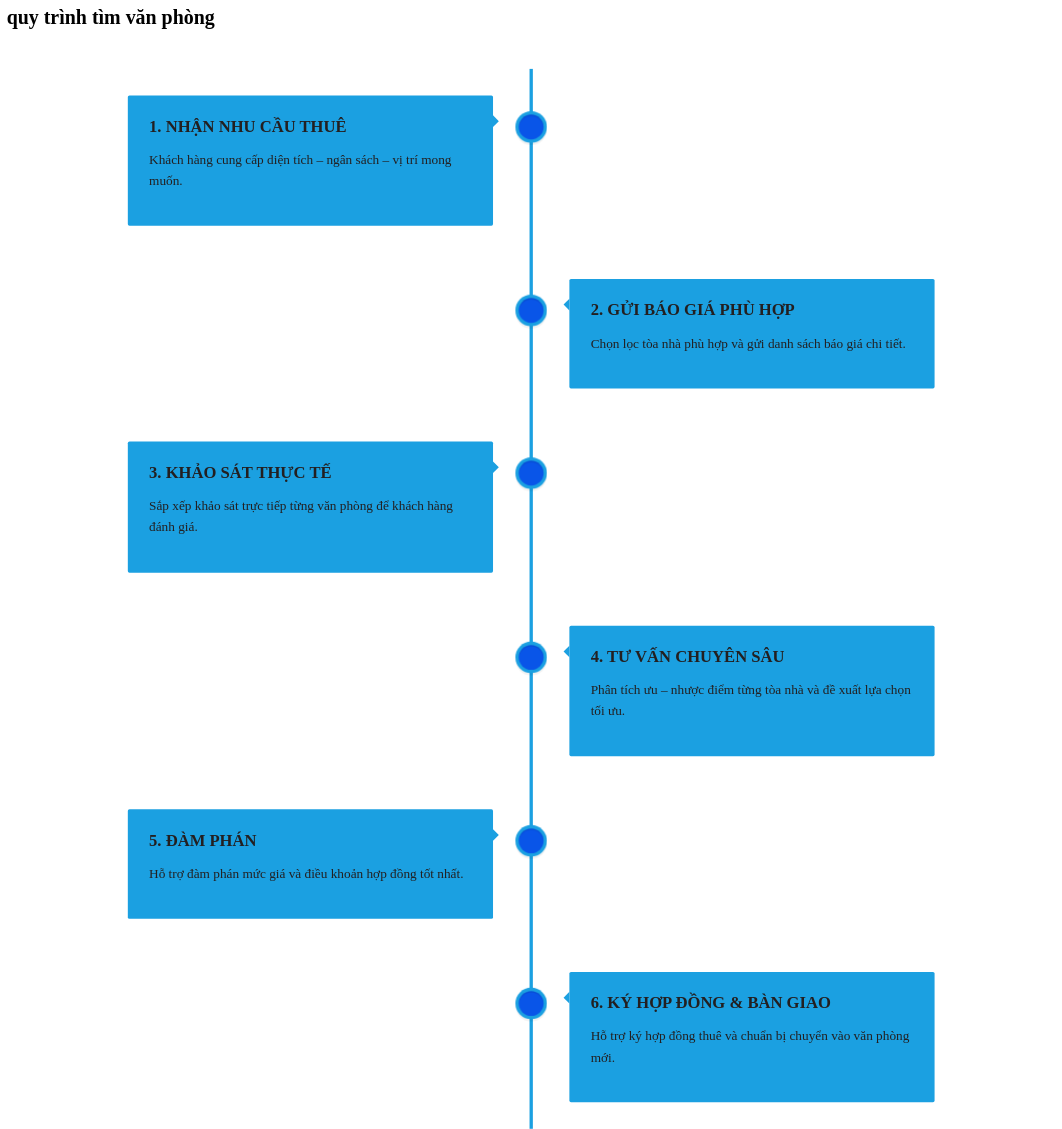
Repository: lannguyen1301/anphuholdings-main
Page: partials/home/quy-trinh-tim-van-phong-2.html
These files come from the project's save history. The page is drawn as it stood at one moment and after the next save; the edit follows.
The browser window is 1280 px wide. The pictures show the whole page, at 83% of full size.

Above is the page before, as saved 2026-01-03 09:00:45.

After the next save:
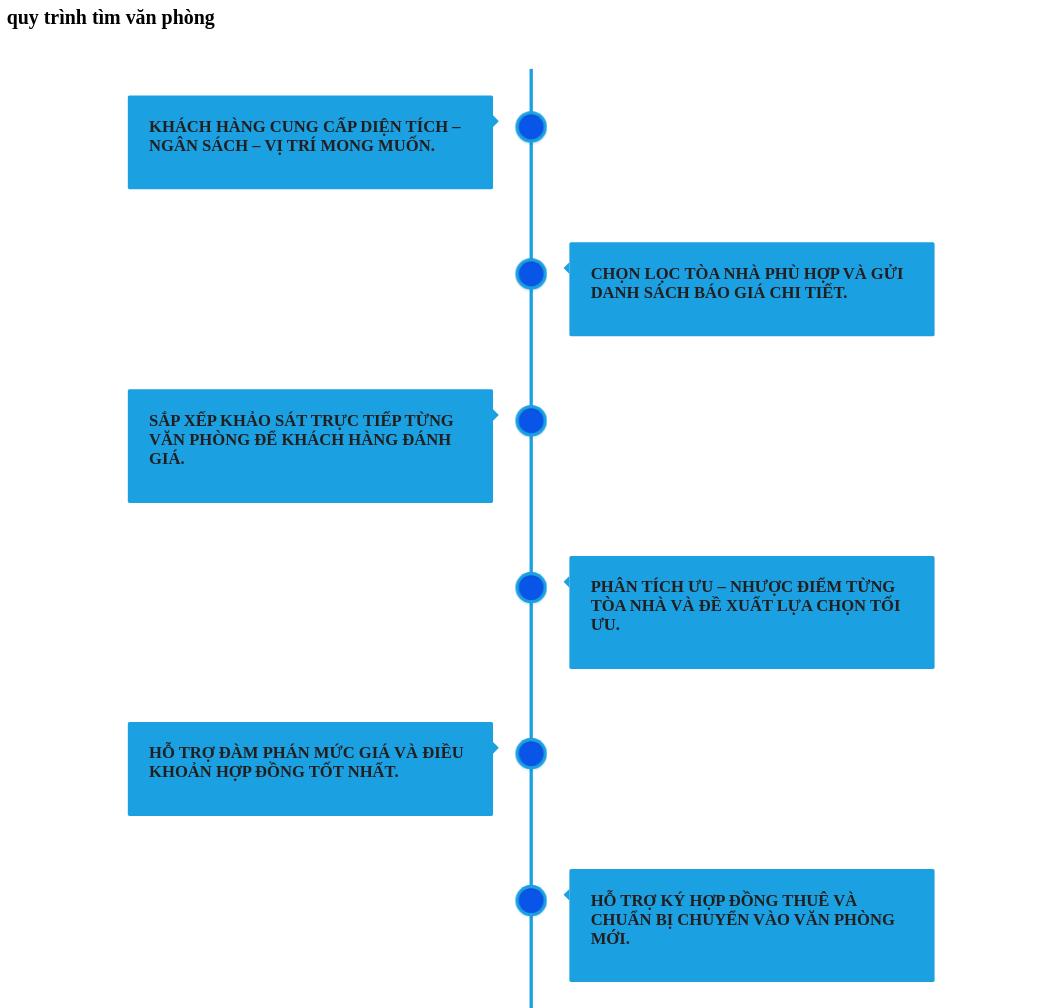
Saved 21 s later.
--- a/partials/home/quy-trinh-tim-van-phong-2.html
+++ b/partials/home/quy-trinh-tim-van-phong-2.html
@@ -298,9 +298,9 @@
         </div> <!-- cd-timeline-img -->
 
         <div class="cd-timeline-content">
-            <h3 class="!text-white uppercase">1. Nhận nhu cầu thuê</h3>
+            <h3 class=">1. Nhận nhu cầu thuê</h3>
             <p class="">Khách hàng cung cấp diện tích – ngân sách – vị trí mong muốn.</p>
-            <!-- <span class="cd-date">Jan 18</span> -->
+            <!-- <span class=" cd-date">Jan 18</span> -->
         </div> <!-- cd-timeline-content -->
     </div> <!-- cd-timeline-block -->
 
@@ -309,9 +309,9 @@
         </div> <!-- cd-timeline-img -->
 
         <div class="cd-timeline-content">
-            <h3 class="!text-white uppercase">2. Gửi báo giá phù hợp</h3>
+            <h3 class=">2. Gửi báo giá phù hợp</h3>
             <p class="">Chọn lọc tòa nhà phù hợp và gửi danh sách báo giá chi tiết.</p>
-            <!-- <span class="cd-date">Jan 24</span> -->
+            <!-- <span class=" cd-date">Jan 24</span> -->
         </div> <!-- cd-timeline-content -->
     </div> <!-- cd-timeline-block -->
 
@@ -320,9 +320,9 @@
         </div> <!-- cd-timeline-img -->
 
         <div class="cd-timeline-content">
-            <h3 class="!text-white uppercase">3. Khảo sát thực tế</h3>
+            <h3 class=">3. Khảo sát thực tế</h3>
             <p class="">Sắp xếp khảo sát trực tiếp từng văn phòng để khách hàng đánh giá.</p>
-            <!-- <span class="cd-date">Feb 14</span> -->
+            <!-- <span class=" cd-date">Feb 14</span> -->
         </div> <!-- cd-timeline-content -->
     </div> <!-- cd-timeline-block -->
 
@@ -331,9 +331,9 @@
         </div>
 
         <div class="cd-timeline-content">
-            <h3 class="!text-white uppercase">4. Tư vấn chuyên sâu</h3>
+            <h3 class=">4. Tư vấn chuyên sâu</h3>
             <p class="">Phân tích ưu – nhược điểm từng tòa nhà và đề xuất lựa chọn tối ưu.</p>
-            <!-- <span class="cd-date">Feb 18</span> -->
+            <!-- <span class=" cd-date">Feb 18</span> -->
         </div> <!-- cd-timeline-content -->
     </div> <!-- cd-timeline-block -->
 
@@ -342,9 +342,9 @@
         </div> <!-- cd-timeline-img -->
 
         <div class="cd-timeline-content">
-            <h3 class="!text-white uppercase">5. Đàm phán</h3>
+            <h3 class=">5. Đàm phán</h3>
             <p class="">Hỗ trợ đàm phán mức giá và điều khoản hợp đồng tốt nhất.</p>
-            <!-- <span class="cd-date">Feb 26</span> -->
+            <!-- <span class=" cd-date">Feb 26</span> -->
         </div> <!-- cd-timeline-content -->
     </div> <!-- cd-timeline-block -->
 
@@ -353,9 +353,9 @@
         </div> <!-- cd-timeline-img -->
 
         <div class="cd-timeline-content">
-            <h3 class="!text-white uppercase">6. Ký hợp đồng & bàn giao</h3>
+            <h3 class=">6. Ký hợp đồng & bàn giao</h3>
             <p class="">Hỗ trợ ký hợp đồng thuê và chuẩn bị chuyển vào văn phòng mới.</p>
-            <!-- <span class="cd-date">Feb 26</span> -->
+            <!-- <span class=" cd-date">Feb 26</span> -->
         </div> <!-- cd-timeline-content -->
     </div> <!-- cd-timeline-block -->
 </div> <!-- cd-timeline -->

After the save that followed:
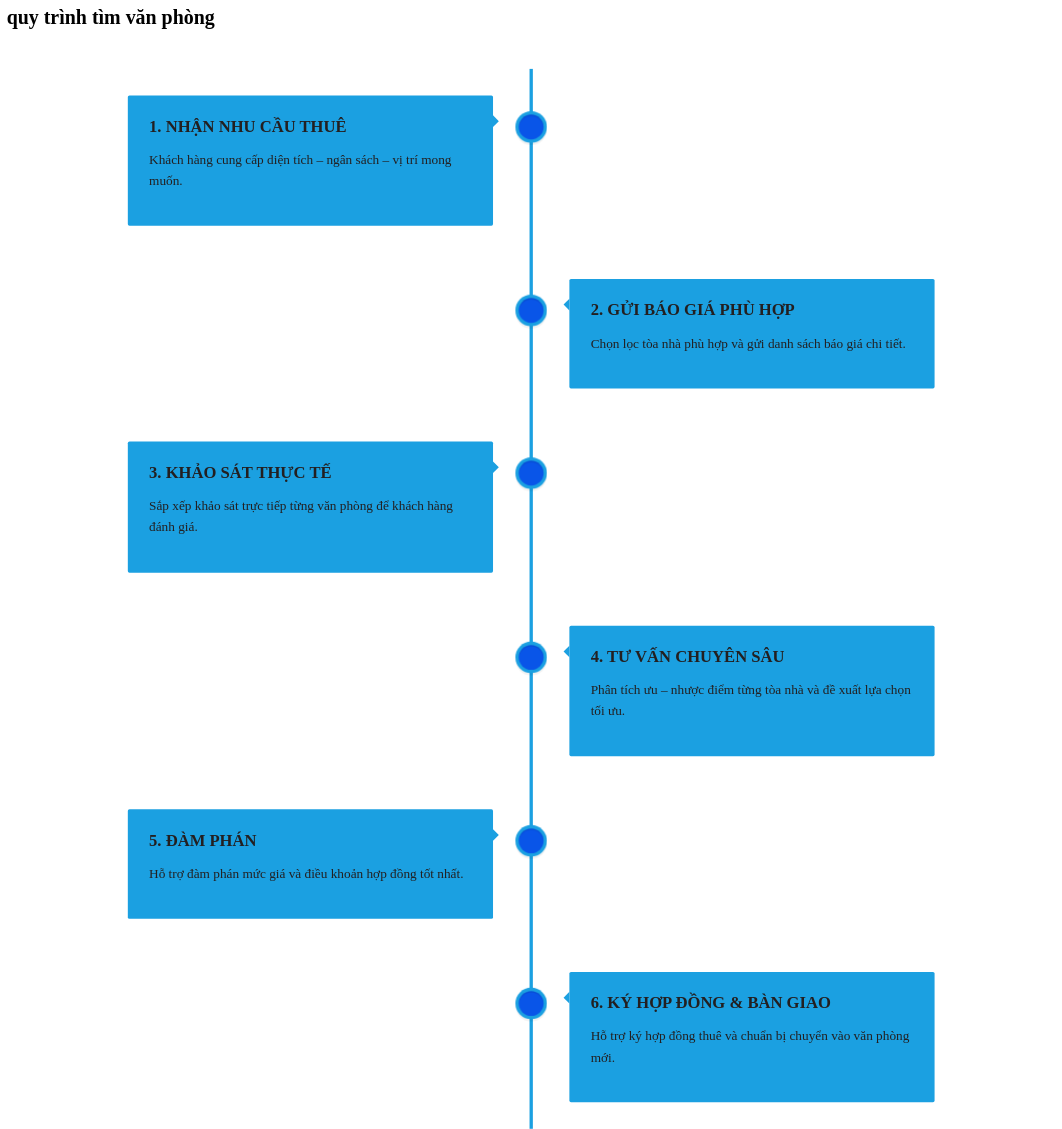
Saved 9 s later.
--- a/partials/home/quy-trinh-tim-van-phong-2.html
+++ b/partials/home/quy-trinh-tim-van-phong-2.html
@@ -298,7 +298,7 @@
         </div> <!-- cd-timeline-img -->
 
         <div class="cd-timeline-content">
-            <h3 class=">1. Nhận nhu cầu thuê</h3>
+            <h3 class="">1. Nhận nhu cầu thuê</h3>
             <p class="">Khách hàng cung cấp diện tích – ngân sách – vị trí mong muốn.</p>
             <!-- <span class=" cd-date">Jan 18</span> -->
         </div> <!-- cd-timeline-content -->
@@ -309,7 +309,7 @@
         </div> <!-- cd-timeline-img -->
 
         <div class="cd-timeline-content">
-            <h3 class=">2. Gửi báo giá phù hợp</h3>
+            <h3 class="">2. Gửi báo giá phù hợp</h3>
             <p class="">Chọn lọc tòa nhà phù hợp và gửi danh sách báo giá chi tiết.</p>
             <!-- <span class=" cd-date">Jan 24</span> -->
         </div> <!-- cd-timeline-content -->
@@ -320,7 +320,7 @@
         </div> <!-- cd-timeline-img -->
 
         <div class="cd-timeline-content">
-            <h3 class=">3. Khảo sát thực tế</h3>
+            <h3 class="">3. Khảo sát thực tế</h3>
             <p class="">Sắp xếp khảo sát trực tiếp từng văn phòng để khách hàng đánh giá.</p>
             <!-- <span class=" cd-date">Feb 14</span> -->
         </div> <!-- cd-timeline-content -->
@@ -331,7 +331,7 @@
         </div>
 
         <div class="cd-timeline-content">
-            <h3 class=">4. Tư vấn chuyên sâu</h3>
+            <h3 class="">4. Tư vấn chuyên sâu</h3>
             <p class="">Phân tích ưu – nhược điểm từng tòa nhà và đề xuất lựa chọn tối ưu.</p>
             <!-- <span class=" cd-date">Feb 18</span> -->
         </div> <!-- cd-timeline-content -->
@@ -342,7 +342,7 @@
         </div> <!-- cd-timeline-img -->
 
         <div class="cd-timeline-content">
-            <h3 class=">5. Đàm phán</h3>
+            <h3 class="">5. Đàm phán</h3>
             <p class="">Hỗ trợ đàm phán mức giá và điều khoản hợp đồng tốt nhất.</p>
             <!-- <span class=" cd-date">Feb 26</span> -->
         </div> <!-- cd-timeline-content -->
@@ -353,7 +353,7 @@
         </div> <!-- cd-timeline-img -->
 
         <div class="cd-timeline-content">
-            <h3 class=">6. Ký hợp đồng & bàn giao</h3>
+            <h3 class="">6. Ký hợp đồng & bàn giao</h3>
             <p class="">Hỗ trợ ký hợp đồng thuê và chuẩn bị chuyển vào văn phòng mới.</p>
             <!-- <span class=" cd-date">Feb 26</span> -->
         </div> <!-- cd-timeline-content -->
